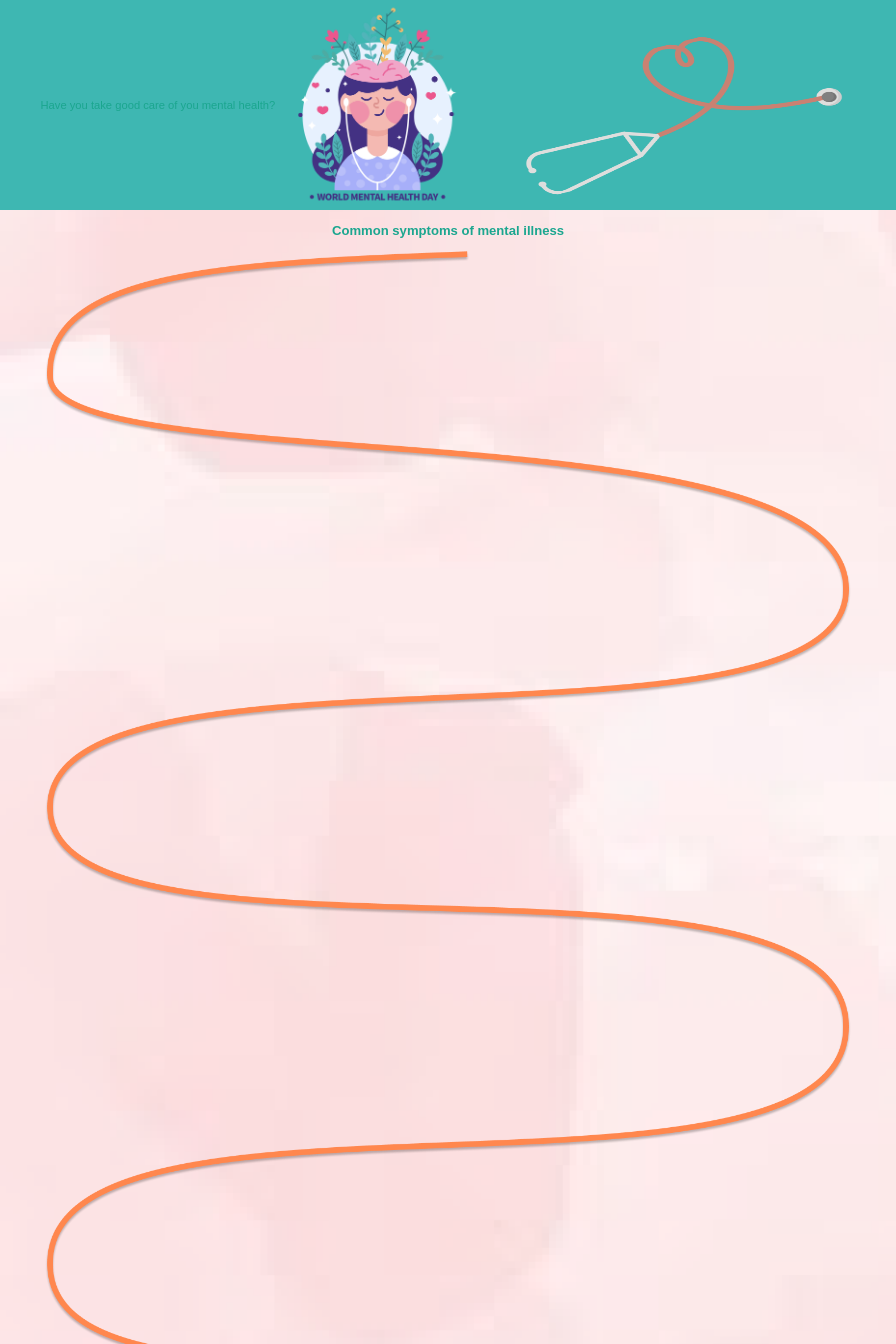
Repository: zzs1/2109-Dynamic-Content-Project
Page: Shin_code/index.html
These files come from the project's save history. The page is drawn as it stood at one moment and after the next save; the edit follows.
The browser window is 1280 px wide. The pictures show the part of the page from y = 0 to 1920 px (the page is 2930 px tall before and 3350 px after), at 70% of full size.
Some web fonts or font styles are not loaded; a fallback is used.

Above is the page before, as saved 2021-03-09 00:06:44.

After the next save:
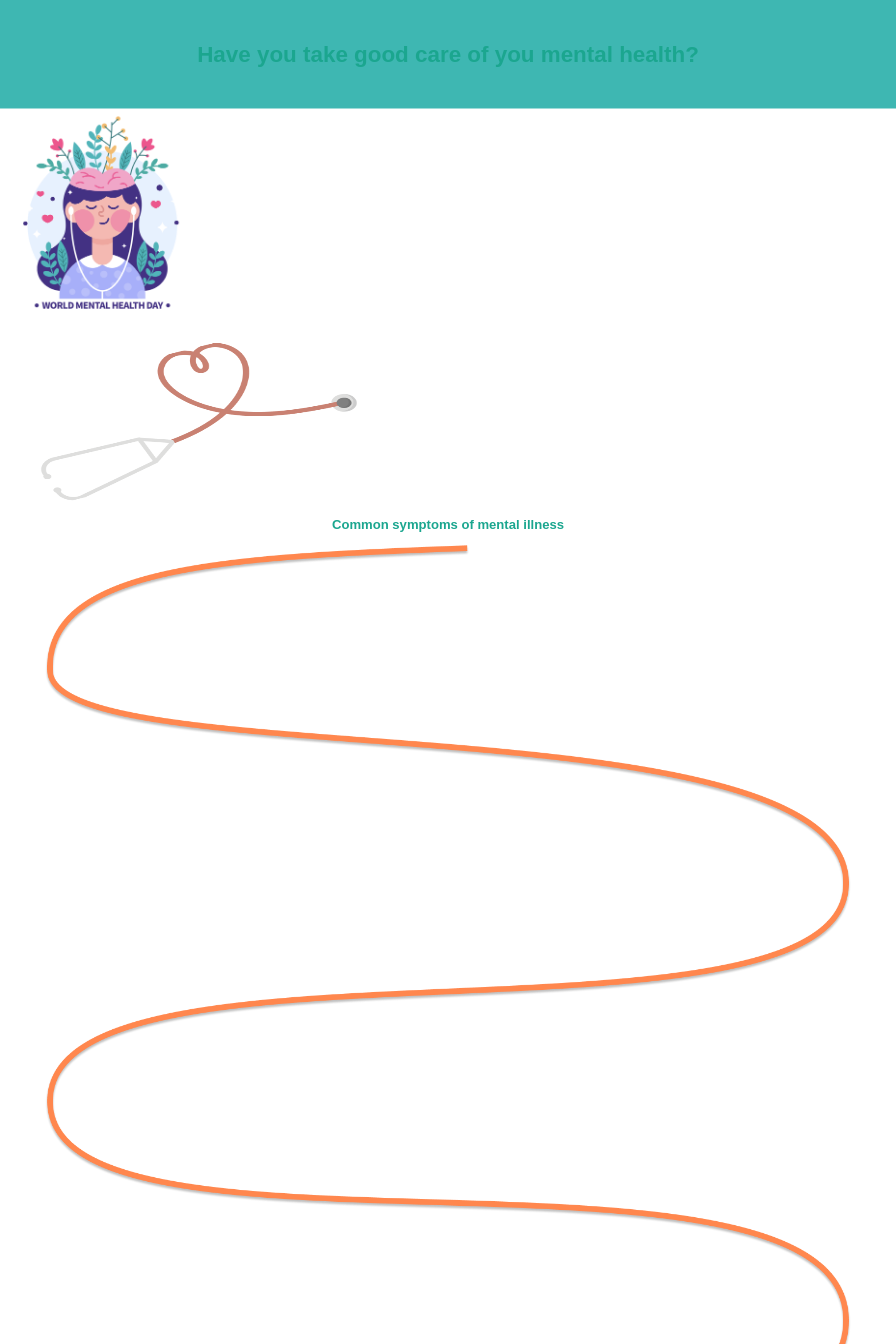
Saved 55 s later.
--- a/Shin_code/index.html
+++ b/Shin_code/index.html
@@ -19,7 +19,7 @@
 
     <!--Shin Part: Header: Have you take good care of you mental health? -->
     <div class="header caption">
-      <div class="headertitle">Have you take good care of
+      <h1 class="headertitle">Have you take good care of
         you mental health?
       </div>
         <img class="headimg" src="comps/caption/headimage.png" alt="firstimg">

After the save that followed:
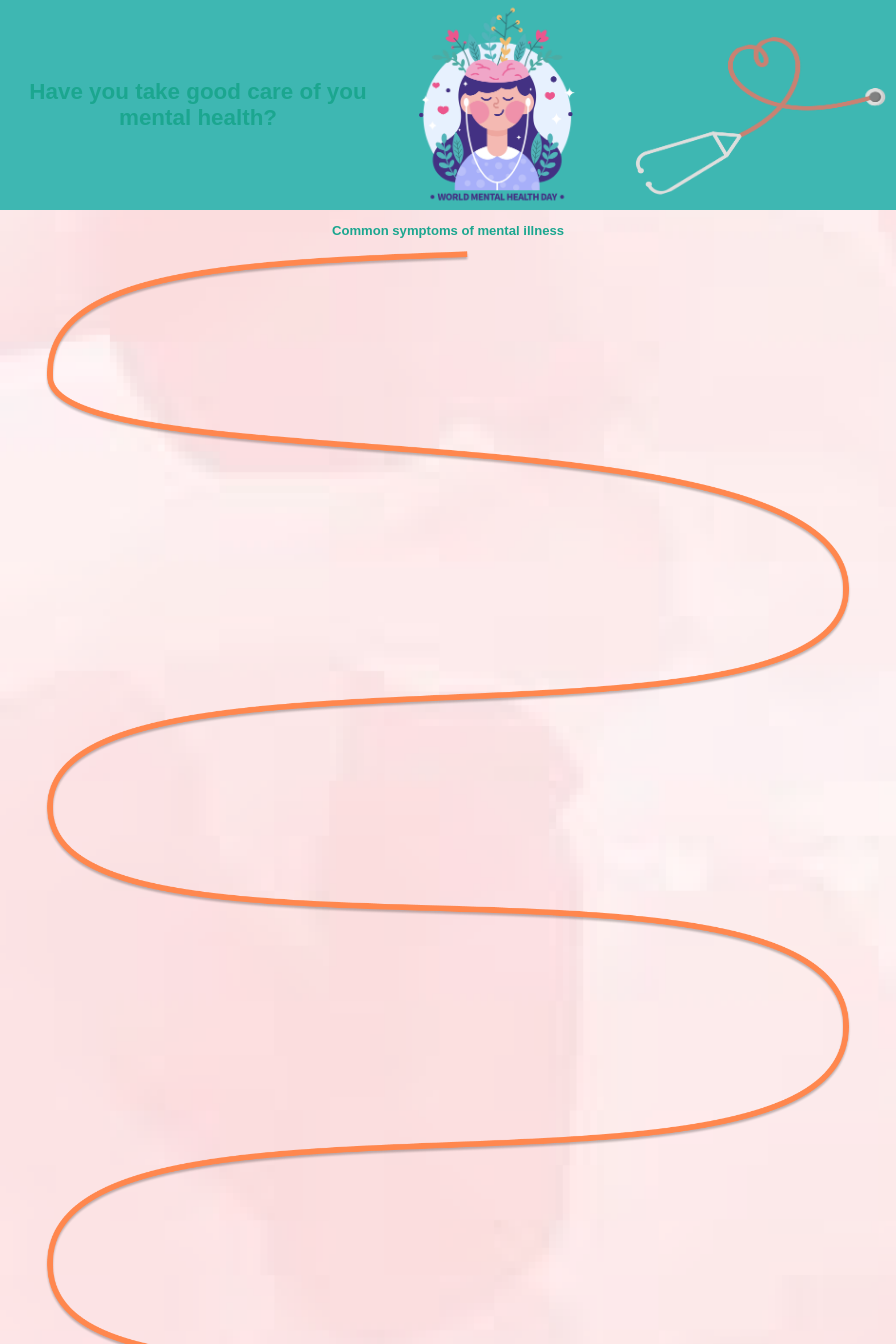
Saved 4 s later.
--- a/Shin_code/index.html
+++ b/Shin_code/index.html
@@ -21,7 +21,7 @@
     <div class="header caption">
       <h1 class="headertitle">Have you take good care of
         you mental health?
-      </div>
+      </h1>
         <img class="headimg" src="comps/caption/headimage.png" alt="firstimg">
         <img class="sideimg" src="comps/caption/sideimage.png" alt="secondimg">
     </div>
